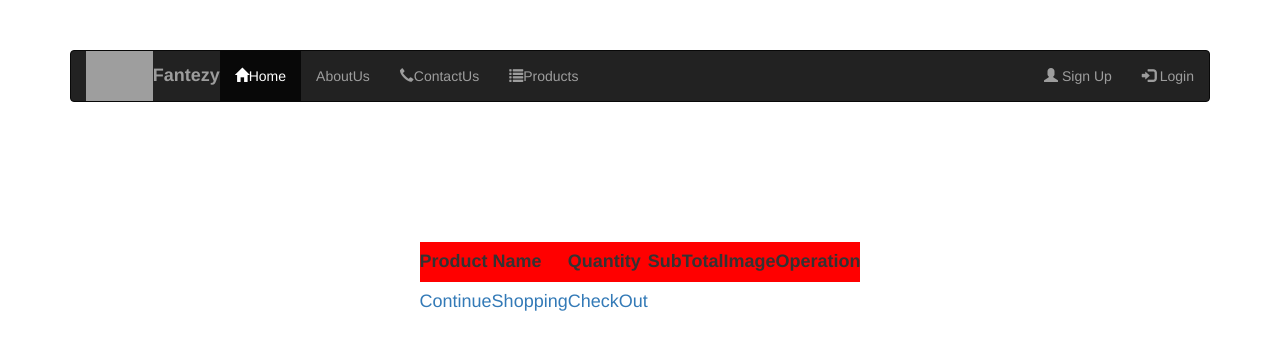
Repository: Safna93/eCommerce-project
Page: http://localhost/FantezyFrontendProject/WEB-INF/views/Cart.jsp
These files come from the project's save history. The page is drawn as it stood at one moment and after the next save; the edit follows.
The browser window is 1280 px wide. The pictures show the whole page.
Pictures or frames that could not be fetched are drawn as grey boxes. Some web libraries are served in a nearby version. The page is served by Tomcat 9. Nobody is signed in. The template is opened directly, without the code that normally fills it, so the values that code supplies are empty.

Above is the page before, as saved 2017-07-11 06:55:51.

After the next save:
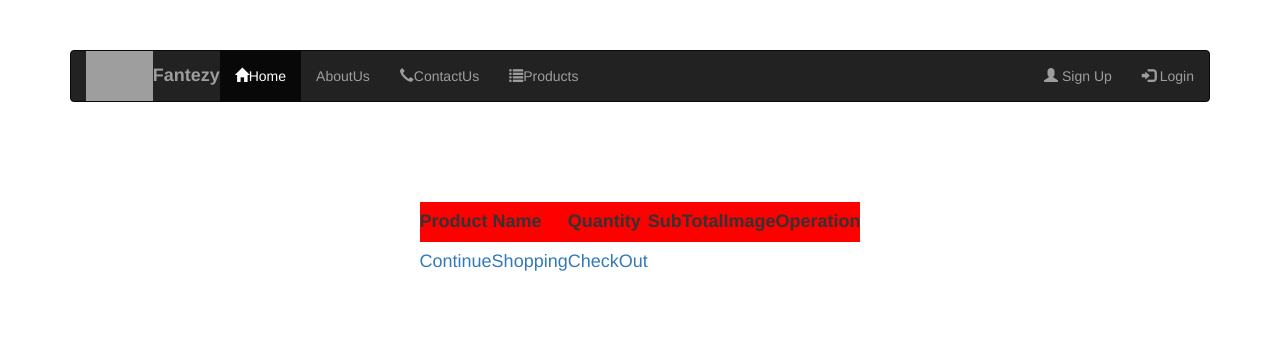
Saved 13 s later.
--- a/Fantezy Project/Fantezy/FantezyFrontendProject/src/main/webapp/WEB-INF/views/Cart.jsp
+++ b/Fantezy Project/Fantezy/FantezyFrontendProject/src/main/webapp/WEB-INF/views/Cart.jsp
@@ -3,10 +3,10 @@
 <%@include file="Header.jsp" %>
 <table cellspacing="3" align="center" >
 <tr bgcolor="red">
-<td><h4><b>Product Name</b></h4></td><br>
+<td><h4><b>Product Name</b></h4></td>
 <td><h4><b>Quantity</b></h4></td>
 <td><h4><b>SubTotal</b></h4></td>
-<td><h4><b>Image</b></h4></td><br>
+<td><h4><b>Image</b></h4></td>
 <td><h4><b>Operation</b></h4></td>
 </tr>
 <c:forEach items="${cartitems }" var="cartitem">
